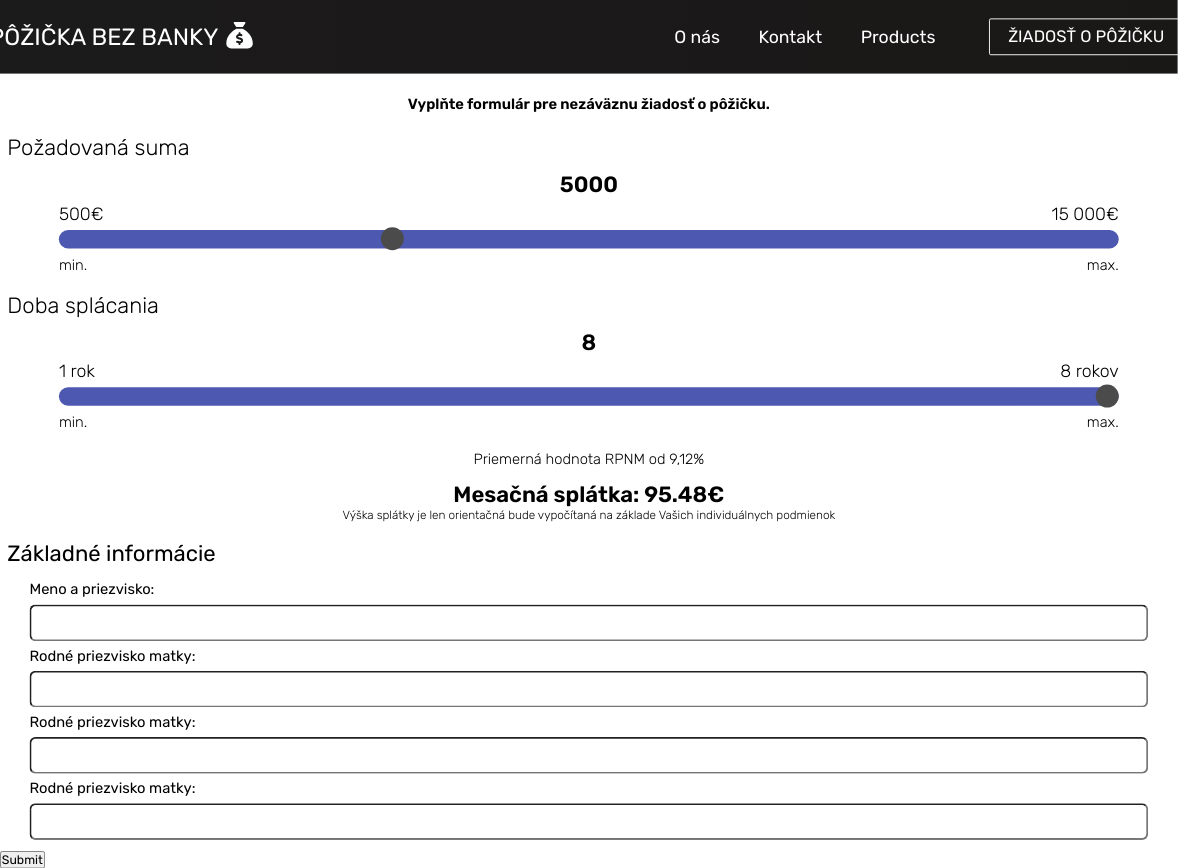
Repository: steve-lgtm/React-website-pozickabezbanky
Page: /ziadost
The author's editor kept a copy of each file at every save. The page is drawn from the files as they stood at one save, then again after the next save.
The browser window is 1280 px wide. The page is 1305 px wide, so the pictures cover 1305 px, including what lies to the right of the window. The pictures show the whole page, at 92% of full size.
Some web libraries are served in a nearby version. The project was rebuilt for these pictures with package versions that can differ from the ones it lists, and the page was loaded fresh each time. Also part of the build but not shown: src/components/pages/Home.js, src/components/pages/Kontakt.js, src/components/pages/Products.js.

Above is the page before, as saved 2022-07-11 19:34:31.

### src/App.js
import React from 'react';
import Navbar from './components/Navbar';
import './App.css';
import Home from './components/pages/Home.js';
import { BrowserRouter as Router, Routes, Route } from 'react-router-dom';
import Kontakt from './components/pages/Kontakt';
import Products from './components/pages/Products';
import Ziadost from './components/pages/Ziadost';
import { library } from '@fortawesome/fontawesome-svg-core'
import { fas } from '@fortawesome/free-solid-svg-icons'


library.add(fas)


function App() {
  return (
      <Router>
        <Navbar />
        <Routes>
          <Route path='/' exact element={<Home />} />
          <Route path='/kontakt' element={<Kontakt/>} />
          <Route path='/products' element={<Products/>} />
          <Route path='/ziadost' element={<Ziadost/>} />
        </Routes>
      </Router>
  );
}

export default App;

### src/components/Navbar.js
import React, { useState, useEffect } from 'react';
import { Button } from './Button';
import { Link } from 'react-router-dom';
import './Navbar.css';
import { FontAwesomeIcon } from '@fortawesome/react-fontawesome';

function Navbar() {
  const [click, setClick] = useState(false);
  const [button, setButton] = useState(true);

  const handleClick = () => setClick(!click);
  const closeMobileMenu = () => setClick(false);

  const showButton = () => {
    if (window.innerWidth <= 1040) {
      setButton(false);
    } else {
      setButton(true);
    }
  };

  useEffect(() => {
    showButton();
  }, []);

  window.addEventListener('resize', showButton);

  return (
    <>
      <nav className='navbar'>
        <div className='navbar-container'>
          <Link to='/' className='navbar-logo' onClick={closeMobileMenu}>
            PÔŽIČKA BEZ BANKY
           {/* <FontAwesomeIcon icon="fa-solid fa-money-bill-1-wave" className='nav-icon'/> */}
           <FontAwesomeIcon icon="fa-solid fa-sack-dollar" className='nav-icon' />
          </Link>
          <div className='menu-icon' onClick={handleClick}>
            <i className={click ? 'fas fa-times' : 'fas fa-bars'} />
          </div>
          <ul className={click ? 'nav-menu active' : 'nav-menu'}>
            <li className='nav-item'>
              <Link to='/' className='nav-links' onClick={closeMobileMenu}>
                O nás
              </Link>
            </li>
            <li className='nav-item'>
              <Link
                to='/kontakt'
                className='nav-links'
                onClick={closeMobileMenu}
              >
                Kontakt
              </Link>
            </li>
            <li className='nav-item'>
              <Link
                to='/products'
                className='nav-links'
                onClick={closeMobileMenu}
              >
                Products
              </Link>
            </li>

            <li>
              <Link
                to='/ziadost'
                className='nav-links-mobile'
                onClick={closeMobileMenu}
              >
                ŽIADOSŤ O PÔŽIČKU
              </Link>
            </li>
          </ul>
          {button && <Button buttonStyle='btn--outline'>ŽIADOSŤ O PÔŽIČKU</Button>}
        </div>
      </nav>
    </>
  );
}

export default Navbar;

### src/App.css
@import url('https://fonts.googleapis.com/css2?family=Rubik:wght@300;400;600&display=swap');
* {
  box-sizing: border-box;
  margin: 0;
  padding: 0;
  font-family: 'Rubik', sans-serif;



}

.home,
.services,
.products,
.sign-up {
  display: flex;
  height: 89vh;
  align-items: center;
  justify-content: center;
  font-size: 3rem;
}

.services {
  background-color: blue;
  background-size: cover;
  background-repeat: no-repeat;
  color: rgb(0, 0, 0);
  font-size: 20px;
}

.products {
  background-color: blue;
  background-position: center;
  background-size: cover;
  background-repeat: no-repeat;
  color: #fff;
  font-size: 100 rem;
}

.sign-up {
  background-position: center;
  background-size: cover;
  background-repeat: no-repeat;
  color: rgb(0, 0, 0);
  font-size: 100px;
}
.home {
  background-position: center;
  background-size: cover;
  background-repeat: no-repeat;
  color: rgb(0, 0, 0);
  font-size: 100px;
}

### src/components/pages/Ziadost.js
import React from 'react';
import '../../App.css';
import './Ziadost.css'
import { useState } from 'react';
import { useFormik} from 'formik'

function PMT(ir, np, pv, fv, type) {

  //  * ir   - interest rate per month
  //  * np   - number of periods (months)
   // * pv   - present value
   // * fv   - future value
  //  * type - when the payments are due:
 //   *        0: end of the period, e.g. end of month (default)
  //  *        1: beginning of period

   var pmt, pvif;

   fv || (fv = 0);
   type || (type = 0);

   if (ir === 0)
       return -(pv + fv)/np;

   pvif = Math.pow(1 + ir, np);
   pmt = - ir * pv * (pvif + fv) / (pvif - 1);

   if (type === 1)
       pmt /= (1 + ir);


   return pmt;}

export default function Ziadost() {
  const [mounthAmount, setMounthAmount] = useState(95.48);
  const formik =  useFormik({
    initialValues: {
      amount: 5000,
      period: 8,
      name: '',
      surnameMom:''
    },
    onSubmit: values => {
      console.log('Form data',values)
    },
    validate: values => {
      let errors ={}

      if(!values.name) {
        errors.name = 'Requiered'
      }

      if(!values.surnameMom) {
        errors.name = 'Requiered'
      }

      return errors
    }
  });

 const changeAmount = (e) => {
  let urk_sdz = 0.1834;
  if(e.target.name==='amount'){
    let urk_sdz = 0.1834;
    if ( formik.values.period===1) urk_sdz = 0.3910;
    if ( formik.values.period>1 && formik.values.period<6 ) urk_sdz = 0.2098; //0.22;
    if ( formik.values.period>5 && formik.values.period<9 ) urk_sdz = 0.1834;
    let finalAmount = Math.round(PMT(Math.pow((1+urk_sdz),1/12)-1,(formik.values.period*12),-1*e.target.value)*100) /100;
  setMounthAmount(finalAmount)}

  if(e.target.name==='period'){
    if ( e.target.value===1) urk_sdz = 0.3910;
    if ( e.target.value>1 && e.target.value<6 ) urk_sdz = 0.2098; //0.22;
    if ( e.target.value>5 && e.target.value<9 ) urk_sdz = 0.1834;
    let finalAmount = Math.round(PMT(Math.pow((1+urk_sdz),1/12)-1,(e.target.value*12),-1*formik.values.amount)*100) /100;
    setMounthAmount(finalAmount)}
  };
  return (
    <>
      <h1 className='header-form'>
          Vyplňte formulár pre nezáväznu žiadosť o pôžičku.
        </h1>
      <form onSubmit={formik.handleSubmit}>
      <div className='container-form'>
        <div className='section-name'>Požadovaná suma</div>
            <h2>{formik.values.amount}</h2>
            <div className="containerslider">
                <div className="pullleft" style={{fontSize:"1.2rem"}}>
                    500€
                </div>
                <div className="pullright" style={{fontSize:"1.2rem"}}>
                    15 000€
                </div>
            <input type="range" name="amount" step="100" min="500" max="15000" onChange={(e) =>{formik.handleChange(e); changeAmount(e)}} value={formik.values.amount} className="slider" id="suma"/>
            <div className="pullleft" style={{fontSize: "1rem"}}>
                min.
            </div>
            <div className="pullright" style={{fontSize: "1rem"}}>
                max.
            </div>
            </div>

       <div className='section-name'>Doba splácania</div>
       <h2>{formik.values.period}</h2>
            <div className="containerslider">
                <div className="pullleft" style={{fontSize:"1.2rem"}}>
                    1 rok
                </div>
                <div className="pullright" style={{fontSize:"1.2rem"}}>
                    8 rokov
                </div>
            <input type="range" name="period" step="1" min="1" max="8" onChange={(e) => {formik.handleChange(e); changeAmount(e)}} value={formik.values.period} className="slider" id="doba"/>
            <div className="pullleft" style={{fontSize: "1rem"}}>
                min.
            </div>
            <div className="pullright" style={{fontSize: "1rem"}}>
                max.
            </div>
            </div>
            <div className="info">
        Priemerná hodnota RPNM od 9,12%
        </div>
        <h2> Mesačná splátka: {mounthAmount}€</h2>
        <div className="info2">
            Výška splátky je len orientačná bude vypočítaná na základe Vašich individuálnych podmienok
        </div>
            </div>
          <div className='personal-data'>
          <div className='section-name'>Základné informácie</div>
            <div className='personal-data-field'>
          <label htmlFor="name">Meno a priezvisko:</label>
      <input type="text" name="name" id="name" onChange={formik.handleChange} value={formik.values.name}/>
      </div>
      <div className='personal-data-field'>
      <label htmlFor="surnameMom">Rodné priezvisko matky:</label>
      <input type="text" name="surnameMom" id="surnameMom" onChange={formik.handleChange} value={formik.values.surnameMom}/>
            </div>
            <div className='personal-data-field'>
      <label htmlFor="surnameMom">Rodné priezvisko matky:</label>
      <input type="text" name="surnameMom" id="surnameMom" onChange={formik.handleChange} value={formik.values.surnameMom}/>
            </div>
            <div className='personal-data-field'>
      <label htmlFor="surnameMom">Rodné priezvisko matky:</label>
      <input type="text" name="surnameMom" id="surnameMom" onChange={formik.handleChange} value={formik.values.surnameMom}/>
            </div>
            </div>
            <button type='submit'>Submit</button>
      </form>

    </>
  );
}

### src/components/Button.js
// import React from 'react';
// import './Button.css';
// import { Link } from 'react-router-dom';

// export function Button() {
//   return (
//     <Link to='sign-up'>
//       <button className='btn'>Sign Up</button>
//     </Link>
//   );
// }

import React from 'react';
import './Button.css';
import { Link } from 'react-router-dom';

const STYLES = ['btn--primary', 'btn--outline', 'btn--test'];

const SIZES = ['btn--medium', 'btn--large'];

export const Button = ({
  children,
  type,
  onClick,
  buttonStyle,
  buttonSize
}) => {
  const checkButtonStyle = STYLES.includes(buttonStyle)
    ? buttonStyle
    : STYLES[0];

  const checkButtonSize = SIZES.includes(buttonSize) ? buttonSize : SIZES[0];

  return (
    <Link to='/ziadost' className='btn-mobile'>
      <button
        className={`btn ${checkButtonStyle} ${checkButtonSize}`}
        onClick={onClick}
        type={type}
      >
        {children}
      </button>
    </Link>
  );
};

### src/components/Navbar.css
.navbar {
    background: linear-gradient(90deg, rgb(28, 27, 27) 0%, rgb(26, 23, 23) 100%);
    height: 80px;
    display: flex;
    justify-content: center;
    align-items: center;
    font-size: 1.2rem;
    position: sticky;
    top: 0;
    z-index: 999;
    font-weight: 400;
    white-space: nowrap;
  }

  .navbar-container {
    display: flex;
    justify-content: center;
    align-items: center;
    height: 80px;
    max-width: 1500px;
  }

  .navbar-logo {
    color: #fff;
    justify-self: start;
    margin-left: 0.5em;
    cursor: pointer;
    text-decoration: none;
    font-size: 1.6rem;
    display: flex;
    align-items: center;

  }

  .nav-icon {
    margin-left: 0.3em;
    margin-bottom: 0.1em;
    font-size: 1.8rem;
  }

  .nav-menu {
    display: grid;
    grid-template-columns: repeat(4, auto);
    grid-gap: 10px;
    list-style: none;
    text-align: center;
    width: 60vw;
    justify-content: end;
    margin-right: 2rem;
  }

  .nav-item {
    height: 3.5em;
  }

  .nav-links {
    color: #fff;
    display: flex;
    align-items: center;
    text-decoration: none;
    padding: 0.5rem 1rem;
    height: 100%;
  }

  .nav-links:hover {
    border-bottom: 4px solid #fff;
    transition: all 0.2s ease-out;
  }

  .fa-bars {
    color: rgb(255, 255, 255);
  }

  .nav-links-mobile {
    display: none;
  }

  .menu-icon {
    display: none;
  }

  @media screen and (max-width: 1040px) {
    .NavbarItems {
      position: relative;
    }

    .nav-menu {
      display: flex;
      flex-direction: column;
      justify-content: flex-start;
      width: 100%;
      height: 100vh;
      position: absolute;
      top: 80px;
      left: -100%;
      opacity: 1;
      transition: all 0.5s ease;
    }

    .nav-menu.active {
      background: #242222;
      left: 0;
      opacity: 1;
      transition: all 0.5s ease;
      z-index: 1;
    }

    .nav-links {
      font-size: 1.5rem;
      text-align: center;
      padding: 2rem;
      width: 100%;
      display: table;
    }

    .nav-links:hover {
      background-color: #fff;
      color: #242424;
      border-radius: 0;
    }

    .navbar-logo {
      float: left;}

    .navbar {
      justify-content: flex-start;
    }
    .navbar-container {
      float: left;
    }
    .menu-icon {
      display: block;
      position: absolute;
      top: 0;
      right: 0;
      transform: translate(-100%, 60%);
      font-size: 1.8rem;
      cursor: pointer;
    }

    .fa-times {
      color: #fff;
      font-size: 2rem;
    }

    .nav-links-mobile {
      display: block;
      text-align: center;
      margin: 2rem auto;
      border-radius: 4px;
      width: 80%;
      text-decoration: none;
      font-size: 1.5rem;
      background-color: transparent;
      color: #fff;
      padding: 14px 20px;
      border: 1px solid #fff;
      transition: all 0.3s ease-out;
    }

    .nav-links-mobile:hover {
      background: #fff;
      color: #242424;
      transition: 250ms;
    }
  }

### src/components/pages/Ziadost.css

.container-form {
margin: 0.5em;
display: flex;
flex-direction: column;
align-items: center;
font-weight: 300;
}
.pullleft{
    margin-top:0.3em;
    margin-bottom: 0.3em;
    float: left;

}
.pullright{
    margin-top:0.3em;
    margin-bottom: 0.3em;
    float: right;
}

.containerslider {
    width: 90vw;
    margin-bottom: 1em;
}
.header-form {
    text-align: center;
    font-size: 1rem;
    padding: 1em;
    padding-top: 1.5em;
}
.info{
    font-size: 1rem;
    color:black;
    text-align: center;
    margin-bottom: 1em;
}
.info2{
    font-size: 0.8rem;
    color:black;
    text-align: center;
    margin-bottom: 1em;
}
.slider {
    -webkit-appearance: none;
    width: 100%;
    height: 20px;
    background: #021391;
    outline: none;
    opacity: 0.7;
    -webkit-transition: .2s;
    transition: opacity .2s;
    border-radius: 1em;

  }
.section-name {
    align-self: flex-start;
    font-size: 1.5em;
    margin-bottom: 0.5em;
}

  .slider::-webkit-slider-thumb {
    -webkit-appearance: none;
    appearance: none;
    width: 25px;
    height: 25px;
    background: #000000;
    cursor: pointer;
    border-radius: 40px;
  }

  .slider::-moz-range-thumb {
    width: 25px;
    height: 25px;
    background: #000000;
    cursor: pointer;
  }
.arrow{
    width: 70px;
    margin-bottom: -1em;
}

.personal-data{
    display: flex;
    flex-direction: column;
    justify-content:space-evenly;
    margin: 0.5em;
}
.personal-data-field{
    display: flex;
    flex-direction: column;
    justify-content:space-around;
    height: 4.5em;
    margin: 0 1.5em;
    margin
}
input[type=text] {
    border-radius: 0.5em;
    height: 3em;
    padding: 8px 10px;
}

### src/components/Button.css
:root {
  --primary: #fff;
}

.btn {
  padding: 8px 20px;
  border-radius: 2px;
  outline: none;
  border: none;
  cursor: pointer;
}

.btn--primary {
  background-color: var(--primary);
  color: #242424;
  border: 1px solid var(--primary);
}

.btn--outline {
  background-color: transparent;
  color: #fff;
  padding: 8px 20px;
  border: 1px solid var(--primary);
  transition: all 0.3s ease-out;
}

.btn--medium {
  margin-right: 1em;
  padding: 8px 20px;
  font-size: 18px;
}

.btn--large {
  padding: 12px 26px;
  font-size: 20px;
}

.btn--large:hover,
.btn--medium:hover {
  transition: all 0.3s ease-out;
  background: #fff;
  color: #242424;
  transition: 250ms;
}

Loaded but not shown: public/index.html (common file); src/index.js (common file); src/index.css (common file)

After the next save:
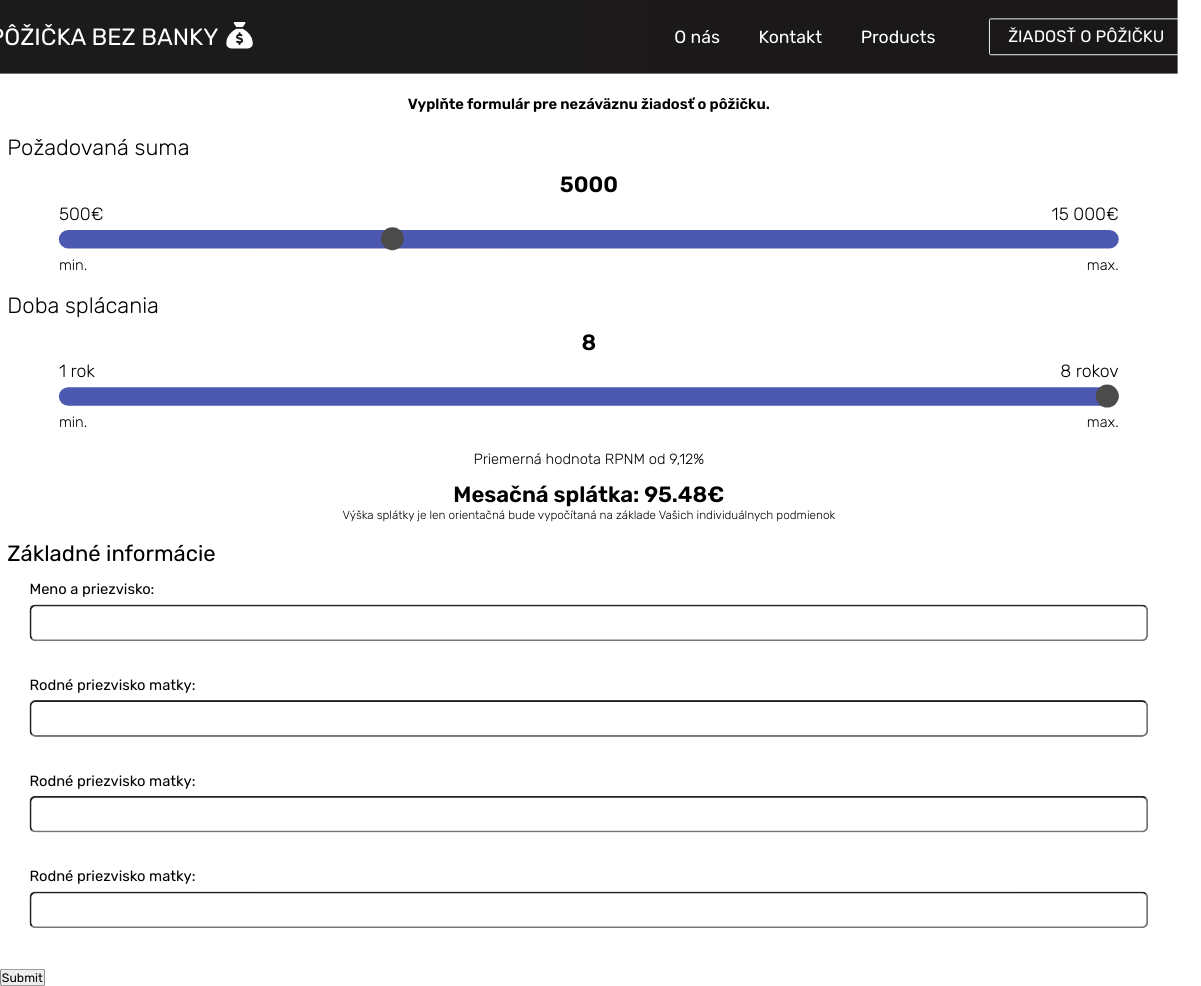
Saved 8 s later.
--- a/src/components/pages/Ziadost.css
+++ b/src/components/pages/Ziadost.css
@@ -91,7 +91,7 @@ font-weight: 300;
     justify-content:space-around;
     height: 4.5em;
     margin: 0 1.5em;
-    margin
+    margin-bottom: 2em;
 }
 input[type=text] {
     border-radius: 0.5em;
